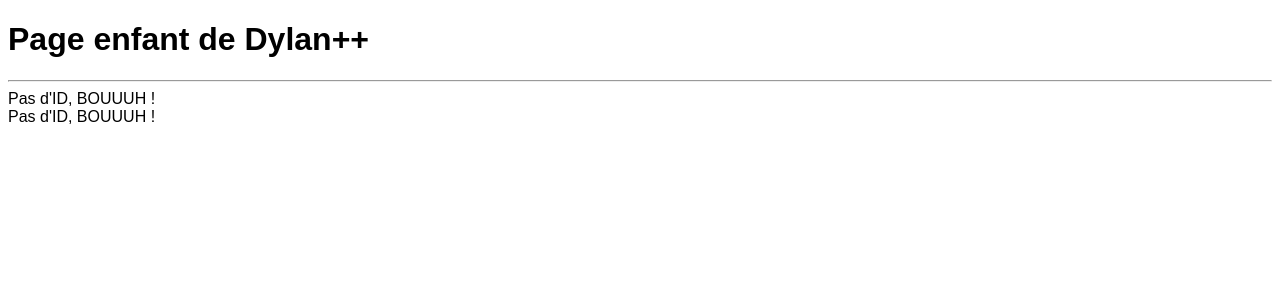
Repository: DylanCahu/cookie
Page: http://localhost/enfant.php
An editor plug-in stored every save of this project. The page is shown before and after the next save, followed by the edit.
The browser window is 1280 px wide. The pictures show the whole page.
The page is run by PHP 8.4 with error messages shown; the project is at /var/www/html/.

Above is the page before, as saved 2021-12-13 08:24:39.

### enfant.php
<!DOCTYPE html>
<html>
    <head>
        <title>Index Cookies</title>
        <meta charset="utf-8">
        <style>
body	{	font-family	:	Arial	;
		}
</style>
    </head>

    <body>
        <h1>Page enfant de Dylan++</h1>
        <hr>
        <?php

session_start();

if (isset($_COOKIE['numClient'])) {
    echo "<h3>Votre ID est: " . $_COOKIE['numClient'] . " </br>";
    $id = $_COOKIE['numClient'];}
else {echo "Pas d'ID, BOUUUH !</br>";
    $id = 0;}
if (isset($_GET['id'])) {
        echo "<h3>Votre ID est: " . $_GET['id'] . "</br> ";
        $id = $_GET['id'];}
    else {echo "Pas d'ID, BOUUUH !</br>";
        $id = 0;}
?>

    </body>
</html>

After the next save:
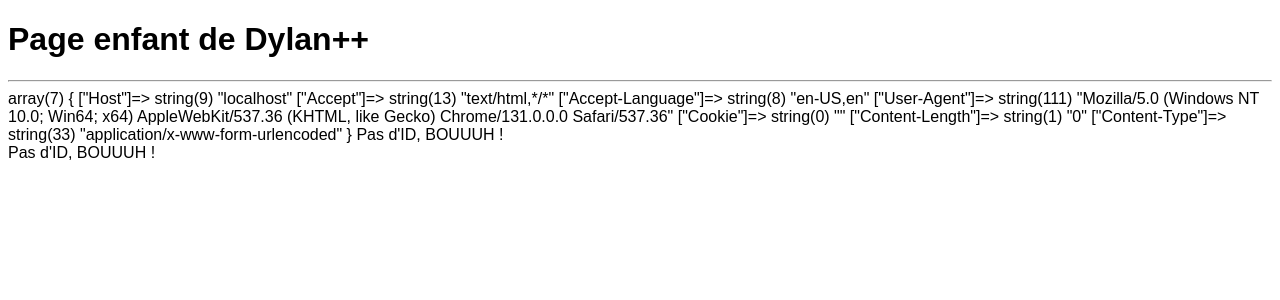
Saved 6 s later.
--- a/enfant.php
+++ b/enfant.php
@@ -13,6 +13,9 @@ body	{	font-family	:	Arial	;
         <h1>Page enfant de Dylan++</h1>
         <hr>
         <?php
+
+$tabhead=getallheaders();
+var_dump($tabhead);
 
 session_start();
 
